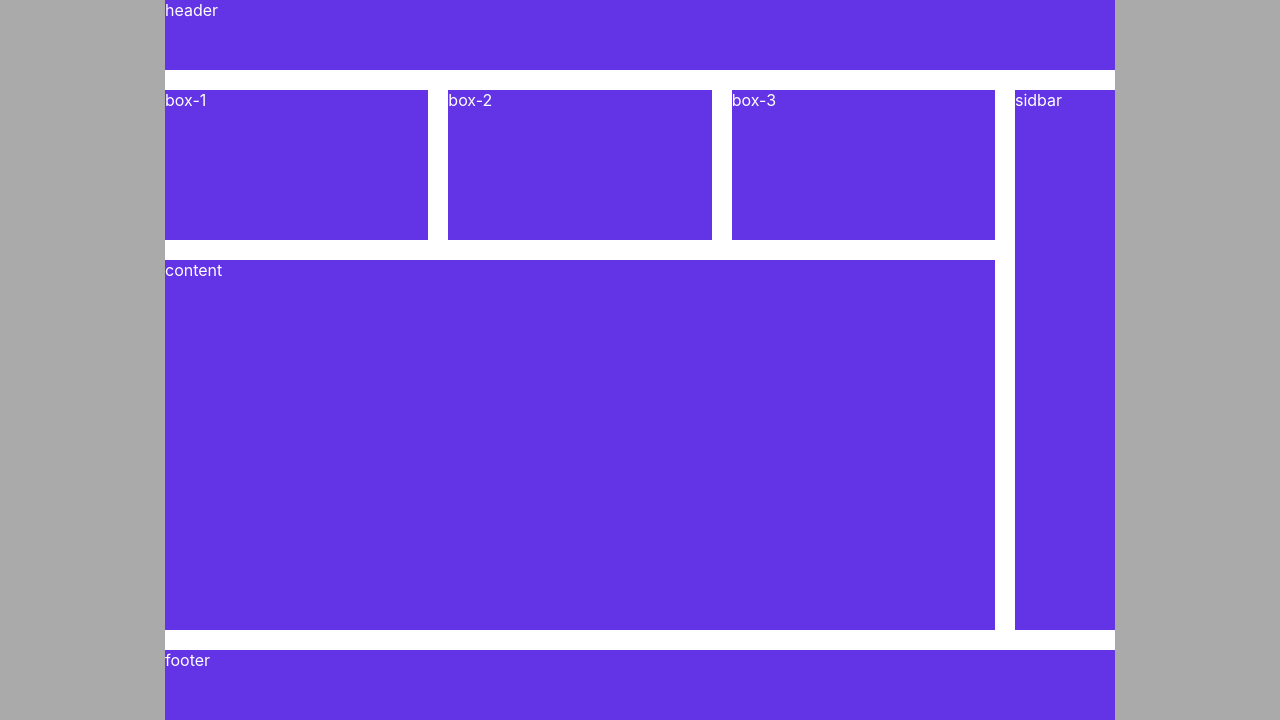
Repository: SD-Mdouka/project_step
Page: /
An editor plug-in stored every save of this project. The page is shown before and after the next save, followed by the edit.
The browser window is 1280 px wide. The pictures show the whole page.
The project was rebuilt for these pictures with package versions that can differ from the ones it lists, and the page was loaded fresh each time.

Above is the page before, as saved 2022-09-07 12:59:04.

### src/index.js
import React from "react";
import ReactDOM from "react-dom/client";
import "./index.css";
import App from "./Grid";
// import { AppBar, Toolbar, Typography } from "@material-ui/core";

const root = ReactDOM.createRoot(document.getElementById("root"));
root.render(
  <React.StrictMode>
    {/* <AppBar>
      <Toolbar>
        <Typography varient="h6">React app</Typography>
      </Toolbar>
    </AppBar> */}
    <App />
  </React.StrictMode>
);

### src/index.css
body {
    background-color: #aaa;
    margin: 0;
    font-family: -apple-system, BlinkMacSystemFont, "Segoe UI", "Roboto", "Oxygen", "Ubuntu", "Cantarell", "Fira Sans", "Droid Sans", "Helvetica Neue", sans-serif;
    -webkit-font-smoothing: antialiased;
    -moz-osx-font-smoothing: grayscale;
}

code {
    font-family: source-code-pro, Menlo, Monaco, Consolas, "Courier New", monospace;
}

.App-Project {
    margin-top: 50px;
    margin-inline: 40% !important;
}

.cirecle {
    width: 29px;
    height: 29px;
    line-height: 25px;
    background-color: blue;
    color: white;
    border-radius: 50%;
    -webkit-border-radius: 50%;
    -moz-border-radius: 50%;
    -ms-border-radius: 50%;
    -o-border-radius: 50%;
    border: 2px solid transparent;
    text-align: center;
    cursor: pointer;
    background-clip: padding-box;
    -webkit-background-clip: padding-box;
}

.stepsWrapp {
    display: flex;
    margin-bottom: 20px;
    text-align: center;
}

.stepeBlock {
    flex-grow: 1;
}

.stepeBlock .circleWrapper {
    padding: 0px 20px;
    position: relative;
}

.selected .cirecle {
    color: black;
    background-color: white;
    border: 1px solid blue;
}

.stepeBlock:not(:last-child)>.circleWrapper::after {
    content: "";
    width: 100%;
    height: 2px;
    position: absolute;
    top: 0px;
    bottom: 0px;
    background-color: blue;
    margin: auto;
    z-index: -1;
}

.stepeBlock:not(:last-child)>.circleWrapper::after {
    height: 3px;
    opacity: 1;
}

.stepeBlock:not(:last-child).selected>.circleWrapper::after,
.stepeBlock:not(:last-child).selected~.stepeBlock:not(:last-child)>.circleWrapper::after {
    height: 2px;
    opacity: 0.3;
}

.pages {
    margin: 0 40%;
}

.primaryBtn {
    padding: 10px 25px !important;
    background-color: blue !important;
    border: none !important;
    margin: 10px !important;
    color: white !important;
    border-radius: 4px !important;
    -webkit-border-radius: 4px !important;
    -moz-border-radius: 4px !important;
    -ms-border-radius: 4px !important;
    -o-border-radius: 4px !important;
    cursor: pointer !important;
}

### src/Grid.js
import React from "react";
import "./style-grid.css";

const Grid = () => {
  return (
    <div>
      <div className="container">
        <div className="header">header</div>
        <div className="box-1">box-1</div>
        <div className="box-2">box-2</div>
        <div className="box-3">box-3</div>
        <div className="sidebar">sidbar</div>
        <div className="content">content</div>
        <div className="footer">footer</div>
      </div>
    </div>
  );
};
export default Grid;

### src/style-grid.css
.container {
    background-color: #fff;
    min-height: 100vh;
    width: 950px;
    margin: 0 auto;
    display: grid;
    grid-template-columns: repeat(3, 1fr) 100px;
    grid-template-rows: 70px 150px 1fr 70px;
    grid-gap: 20px;
}

.container>* {
    color: #fff;
    background-color: rgb(99, 51, 230);
}

.header {
    grid-row: 1/2;
    grid-column: 1/-1;
}

.sidebar {
    grid-row: 2/-2;
    grid-column: -2/-1;
}

.content {
    grid-row: 3/4;
    grid-column: 1/-2;
}

.footer {
    grid-row: -2/-1;
    grid-column: 1/-1;
}

Loaded but not shown: public/index.html (common file)

After the next save:
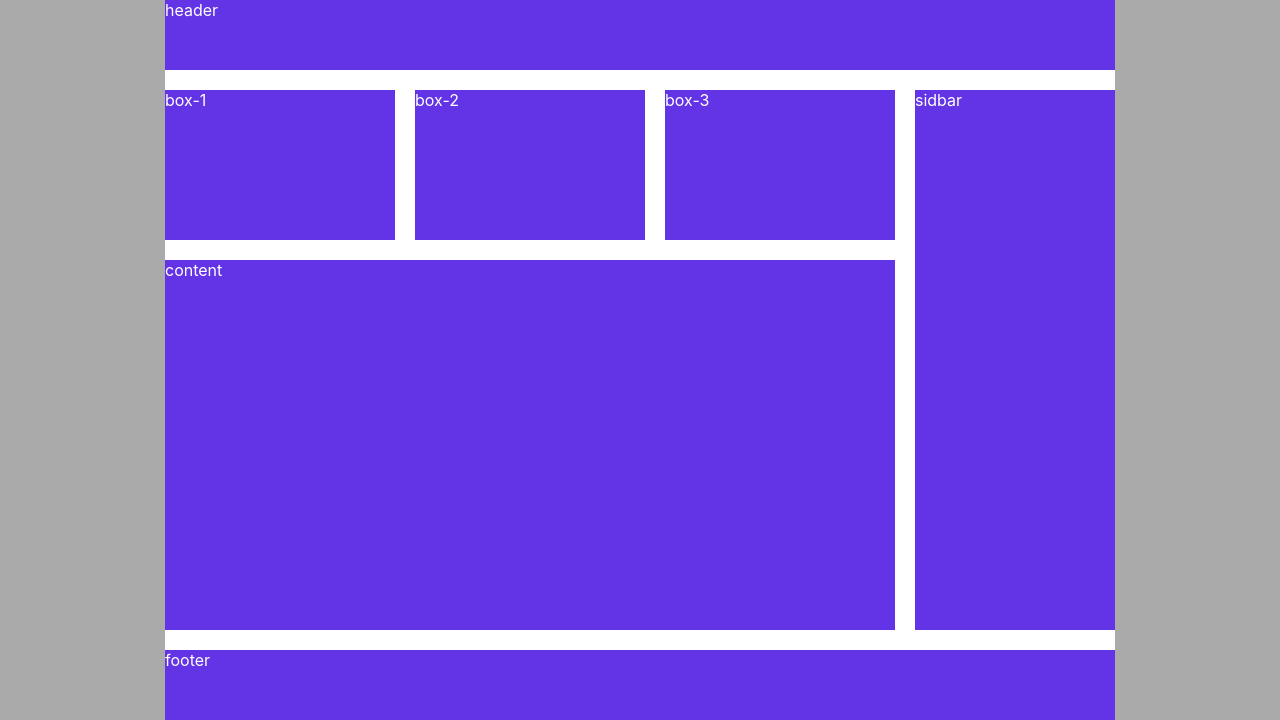
Saved 6 s later.
--- a/src/style-grid.css
+++ b/src/style-grid.css
@@ -4,7 +4,7 @@
     width: 950px;
     margin: 0 auto;
     display: grid;
-    grid-template-columns: repeat(3, 1fr) 100px;
+    grid-template-columns: repeat(3, 1fr) 200px;
     grid-template-rows: 70px 150px 1fr 70px;
     grid-gap: 20px;
 }
